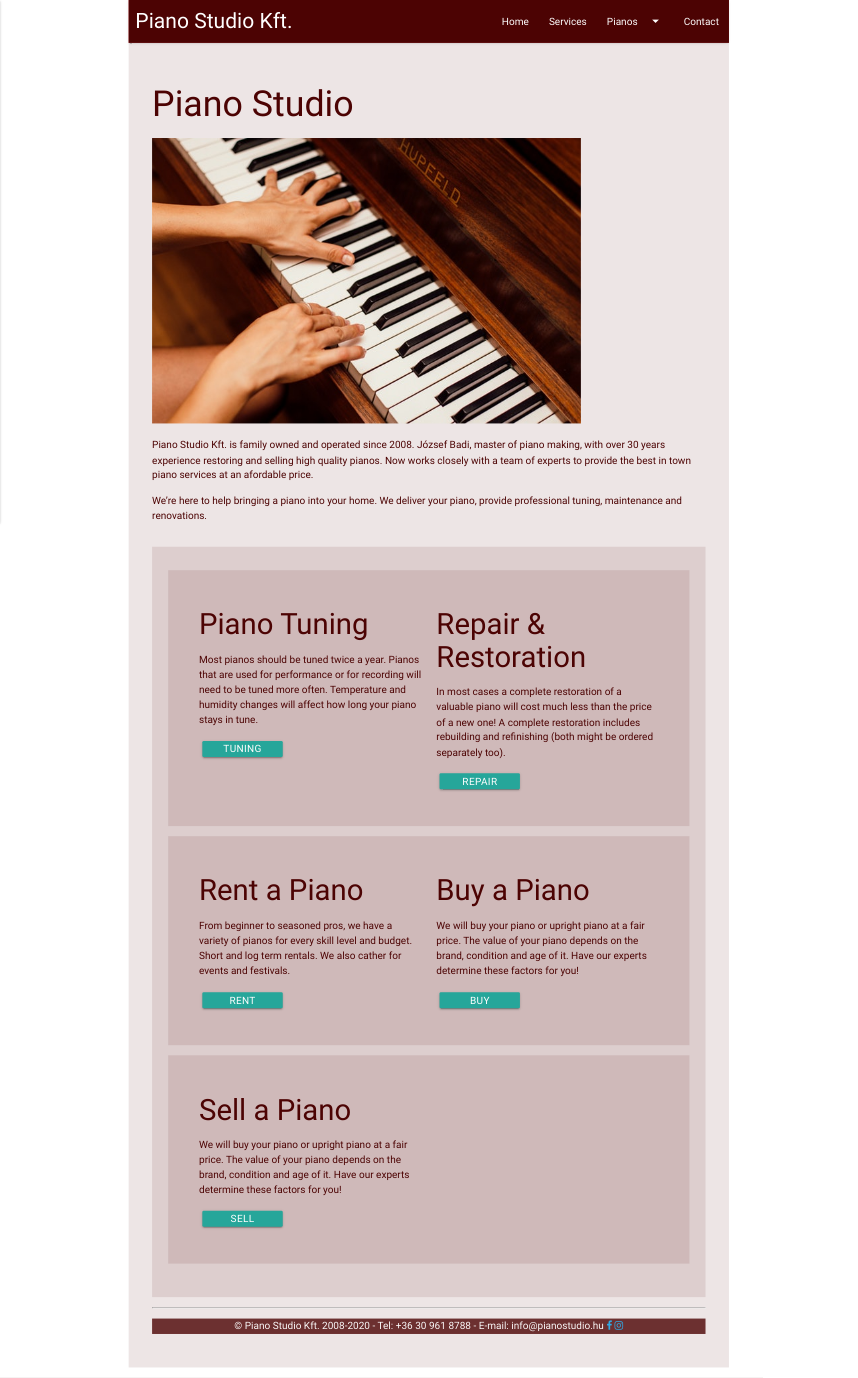
Repository: badiattila/pianostudioheroku
Page: http://localhost/
The author's editor kept a record of every edit. The page is drawn from the files as they stood at one moment, then again after the next edit.
The browser window is 1280 px wide. The pictures show the whole page, at 67% of full size.
Some web libraries are served in a nearby version. The page is served by the project's application, run on Flask 3 (app.py).

Above is the page before.

### templates/index.html
{% extends 'base.html' %} {% block content %}

<div class="op">
<div class="row">
    <div class="col s12">
        <div class="intro">
            <h2>Piano Studio</h2>
            <img src="{{url_for('static', filename='pictures/4k-wallpaper-close-up-fingers-1246437.jpg')}}" alt="Piano Studio" />
            <p>Piano Studio Kft. is family owned and operated since 2008. József Badi, master of piano making, with over 30 years experience restoring and selling high quality pianos. Now works closely with a team of experts to provide the best in town piano
                services at an afordable price.</p>
            <p>We’re here to help bringing a piano into your home. We deliver your piano, provide professional tuning, maintenance and renovations.</p>
        </div>
    </div>
</div>
<div class="op">
    <div class="row op">
        <div class="col s6">
            <h3>Piano Tuning</h3>
            <p>Most pianos should be tuned twice a year. Pianos that are used for performance or for recording will need to be tuned more often. Temperature and humidity changes will affect how long your piano stays in tune.</p>
            <p><a class="waves-effect waves-light btn btn_mid" href="{{url_for('services')}}" role="button">Tuning</a></p>
        </div>
        <div class="col s6">
            <h3>Repair & Restoration</h3>
            <p>In most cases a complete restoration of a valuable piano will cost much less than the price of a new one! A complete restoration includes rebuilding and refinishing (both might be ordered separately too).</p>
            <p><a class="waves-effect waves-light btn btn_mid" href="{{url_for('services')}}" role="button">Repair</a></p>
        </div>
    </div>
    <div class="row op">
        <div class="col s6">
            <h3>Rent a Piano</h3>
            <p>From beginner to seasoned pros, we have a variety of pianos for every skill level and budget. Short and log term rentals. We also cather for events and festivals. </p>
            <p><a class="waves-effect waves-light btn btn_mid" href="{{url_for('services')}}" role="button">Rent</a></p>
        </div>
        <div class="col s6">
            <h3>Buy a Piano</h3>
            <p>We will buy your piano or upright piano at a fair price. The value of your piano depends on the brand, condition and age of it. Have our experts determine these factors for you!</p>
            <p><a class="waves-effect waves-light btn btn_mid" href="{{url_for('pianos_for_sale')}}" role="button">Buy</a></p>
        </div>
    </div>
    <div class="row op">
        <div class="col s6">
            <h3>Sell a Piano</h3>
            <p>We will buy your piano or upright piano at a fair price. The value of your piano depends on the brand, condition and age of it. Have our experts determine these factors for you!</p>
            <p><a class="waves-effect waves-light btn btn_mid" href="{{url_for('createadd')}}" role="button">Sell</a></p>
        </div>
    </div>
</div>
<hr> {% endblock %}

### templates/base.html
<!DOCTYPE html>

<html lang="en">

<head>

    <!-- Meta tags -->
    <meta charset="utf-8">
    <!-- Font awsome -->
    <link rel="stylesheet" href="https://maxcdn.bootstrapcdn.com/font-awesome/4.7.0/css/font-awesome.min.css" type="text/css" />
    <!-- Hover -->
    <link rel="stylesheet" href="https://cdnjs.cloudflare.com/ajax/libs/hover.css/2.1.1/css/hover-min.css" type="text/css" />
    <!-- Material icons by Google -->
    <link href="https://fonts.googleapis.com/icon?family=Material+Icons" rel="stylesheet">
    <!-- Compiled and minified materialize CSS -->
    <link rel="stylesheet" href="https://cdnjs.cloudflare.com/ajax/libs/materialize/0.100.2/css/materialize.min.css">
    <!-- Specific Css for this website -->
    <link rel="stylesheet" href="{{url_for('static', filename='css/style.css')}}" type="text/css" />

    <title>Piano Studio Kft. - Services - </title>
    <link href="{{url_for('static', filename='pictures/favicon.ico')}}" rel="shortcut icon" type="image/x-icon" />
    <meta name="description" content="Piano rental, tuning and repair - Piano Studio Kft." />
    <meta name="keywords" content="Piano rental,piano tuning,piano repair,piano studio" />
    <meta name="copyright" content="Piano Studio Kft." />
    <meta name="author" content="Attila Badi/Piano Studio Kft." />
    <meta name="email" content="info@pianostudio.hu" /> {% block head %} {% endblock %}


</head>

<body>
    <div class="container">
        <header>
            <ul id="dropdown2" class="dropdown-content">
                <li><a href="{{url_for('pianos_for_sale')}}">Sale</a></li>
                <li><a href="{{url_for('createadd')}}">Create Add</a></li>
            </ul>
            <nav>
                <div class="nav-wrapper redbg">
                    <a href="{{url_for('index')}}" class="brand-logo">Piano Studio Kft.</a>
                    <a href="#" data-activates="mobile-demo" class="button-collapse"><i class="material-icons">menu</i></a>
                    <ul id="nav-mobile" class="right hide-on-med-and-down">
                        <li><a href="{{url_for('index')}}">Home</a></li>
                        <li><a href="{{url_for('services')}}">Services</a></li>
                        <!-- Dropdown Trigger -->
                        <li><a class="dropdown-trigger" href="#!" data-target="dropdown2">Pianos<i class="material-icons right">arrow_drop_down</i></a></li>

                        <li><a href="{{url_for('contact')}}">Contact</a></li>
                    </ul>
                    <ul class="side-nav" id="mobile-demo">
                        <li><a href="{{url_for('index')}}">Home</a></li>
                        <li><a href="{{url_for('services')}}">Services</a></li>
                        <li><a href="{{url_for('pianos_for_sale')}}">Sale</a></li>
                        <li><a href="{{url_for('createadd')}}">Create Add</a></li>
                        <li><a href="{{url_for('contact')}}">Contact</a></li>
                    </ul>
                </div>
            </nav>

        </header>
        {% block content %} {% endblock %}

        <footer class="footer redbg">
            <p>&copy; Piano Studio Kft. 2008-2020 - Tel: +36 30 961 8788 - E-mail: info@pianostudio.hu
                <a target="_blank" href="https://www.facebook.com/zongoraterem"><i class="fa fa-facebook" aria-hidden="true"></i></a>
                <a target="_blank" href="https://www.instagram.com/pianostudiokft"><i class="fa fa-instagram" aria-hidden="true"></i></a>
            </p>
        </footer>
    </div>

    <script src="https://code.jquery.com/jquery-3.4.1.min.js" integrity="sha256-CSXorXvZcTkaix6Yvo6HppcZGetbYMGWSFlBw8HfCJo=" crossorigin="anonymous"></script>
    <script src="https://cdnjs.cloudflare.com/ajax/libs/materialize/0.100.2/js/materialize.min.js"></script>

    <script>
        $(document).ready(function() {
            $('.modal').modal();
            $('.dropdown-trigger').dropdown();
            $('.collapsible').collapsible();
            $('select').material_select();
            $('.button-collapse').sideNav();
        });
    </script>

</body>

</html>

### app.py
import os
from flask import Flask, render_template, redirect, request, url_for
from flask_pymongo import PyMongo
from bson.objectid import ObjectId
from flask_mail import Mail, Message

app = Flask(__name__)

app.config["MONGO_DBNAME"] = 'piano_studio'
app.config["MONGO_URI"] = 'mongodb://attilabadi:K00nK00n1234@mycodeinstitutecluster-shard-00-00-wpsfr.mongodb.net:27017,mycodeinstitutecluster-shard-00-01-wpsfr.mongodb.net:27017,mycodeinstitutecluster-shard-00-02-wpsfr.mongodb.net:27017/piano_studio?ssl=true&replicaSet=MyCodeInstituteCluster-shard-0&authSource=admin&retryWrites=true&w=majority'
mongo = PyMongo(app)

app.config.update(
	DEBUG=True,
	#EMAIL SETTINGS
	MAIL_SERVER='mail.pianostudio.hu',
	MAIL_PORT=465,
	MAIL_USE_SSL=True,
	MAIL_USERNAME = 'contact@pianostudio.hu',
	MAIL_PASSWORD = os.environ.get('SMTPPW')
	)
mail = Mail(app)

@app.route('/')
@app.route('/index')
def index():
        return render_template("index.html")

@app.route('/contact')
def contact():
        return render_template("contact.html")

@app.route('/services')
def services():
        return render_template("services.html")

@app.route('/pianos_for_sale')
def pianos_for_sale():
        return render_template("pianos_for_sale.html", pianos=mongo.db.pianos_4_sale.find(), images=mongo.db.pianos_4_sale.find())

@app.route('/createadd')
def createadd():
        return render_template("create_add.html")

@app.route('/insert_add', methods=['POST'])
def insert_add():
        file_id = mongo.save_file(request.files['picture'].filename, request.files['picture'])
        mongo.db.pianos_4_sale.insert({
            'brand': request.form.get('brand') ,
            'description' : request.form.get('description') ,
            'age' : request.form.get('age') ,
            'price' : request.form.get('price') ,
            'file_name' : request.files['picture'].filename})
        return redirect(url_for('pianos_for_sale'))

@app.route('/file/<file_name>')
def file(file_name):
    return mongo.send_file(file_name)

@app.route('/delete_piano/<piano_id>')
def delete_piano(piano_id):
    mongo.db.pianos_4_sale.remove({'_id': ObjectId(piano_id)})
    return redirect(url_for('pianos_for_sale'))

@app.route('/edit_piano/<piano_id>')
def edit_piano(piano_id):
    return render_template('edit_piano.html', piano=mongo.db.pianos_4_sale.find_one({"_id": ObjectId(piano_id)}))


@app.route('/update_piano/<piano_id>', methods=['POST'])
def update_piano(piano_id):
    file_id = mongo.save_file(request.files['picture'].filename, request.files['picture'])
    mongo.db.pianos_4_sale.update( {'_id': ObjectId(piano_id)},
    {
            'brand': request.form.get('brand') ,
            'description' : request.form.get('description') ,
            'age' : request.form.get('age') ,
            'price' : request.form.get('price') ,
            'file_name' : request.files['picture'].filename
    })
    return redirect(url_for('pianos_for_sale'))

@app.route('/send_mail/', methods=['POST'])
def send_mail():
	try:
		msg = Message("Contact form mail from pianostudio",
		  sender=request.form.get('user_email'),
		  recipients=["attila.badi@gmail.com"])
		msg.body = request.form.get('message')
		mail.send(msg)
		return 'Mail sent!'
	except:
		return "Something went wrong"

if __name__ == '__main__':
    app.run(host=os.environ.get('IP'),
        port=int(os.environ.get('PORT')),
        debug=True)

### static/css/style.css
.left {
  float: left;
}

.right {
  float: right;
}

/* Picture formatting for gallery and teaser pictures */

.right-teaser {
  padding: 1px;
  border: 1px solid #4c0303;
  float: right;
  margin: 0 0 1em 1em;
  width: 12vw;
}

.galery-pic {
  padding: 1px;
  border: 1px solid #4c0303;
  margin: 0 0 1em 1em;
  width: 12vw;
}

.btn_small {
  height: 24px;
  width: 60px;
  line-height: 24px;
  margin: 5px 5px;
  padding: 0 0.5em;
}

.btn_mid {
  height: 24px;
  width: 120px;
  line-height: 24px;
  margin: 5px 5px;
  padding: 0 0.5em;
}

.footer {
  color: white;
  opacity: 0.8;
  filter: alpha(opacity=80);
  text-align: center;
}

.redbg {
  background-color: #4c0303;
}

.nav-wrapper {
  padding-left: 10px;
}

/* Opacity classes for different elements */

.op {
  background: rgba(76, 3, 3, 0.1);
  /*background with 30% opacity */
  color: rgba(76, 3, 3);
  padding: 35px;
  margin-bottom: 15px;
}

.dropdown-content {
  width: max-content !important;
  height: auto !important;
}

/* ID based background behaviour */
#intro {
    background-attachment: scroll;
    background-image: url('../pictures/4k-wallpaper-close-up-fingers-1246437.jpg');
    background-position: center;
    background-size: cover;
    width: 100vw;
    background-repeat: no-repeat;
    position: relative;
}

After the next edit:
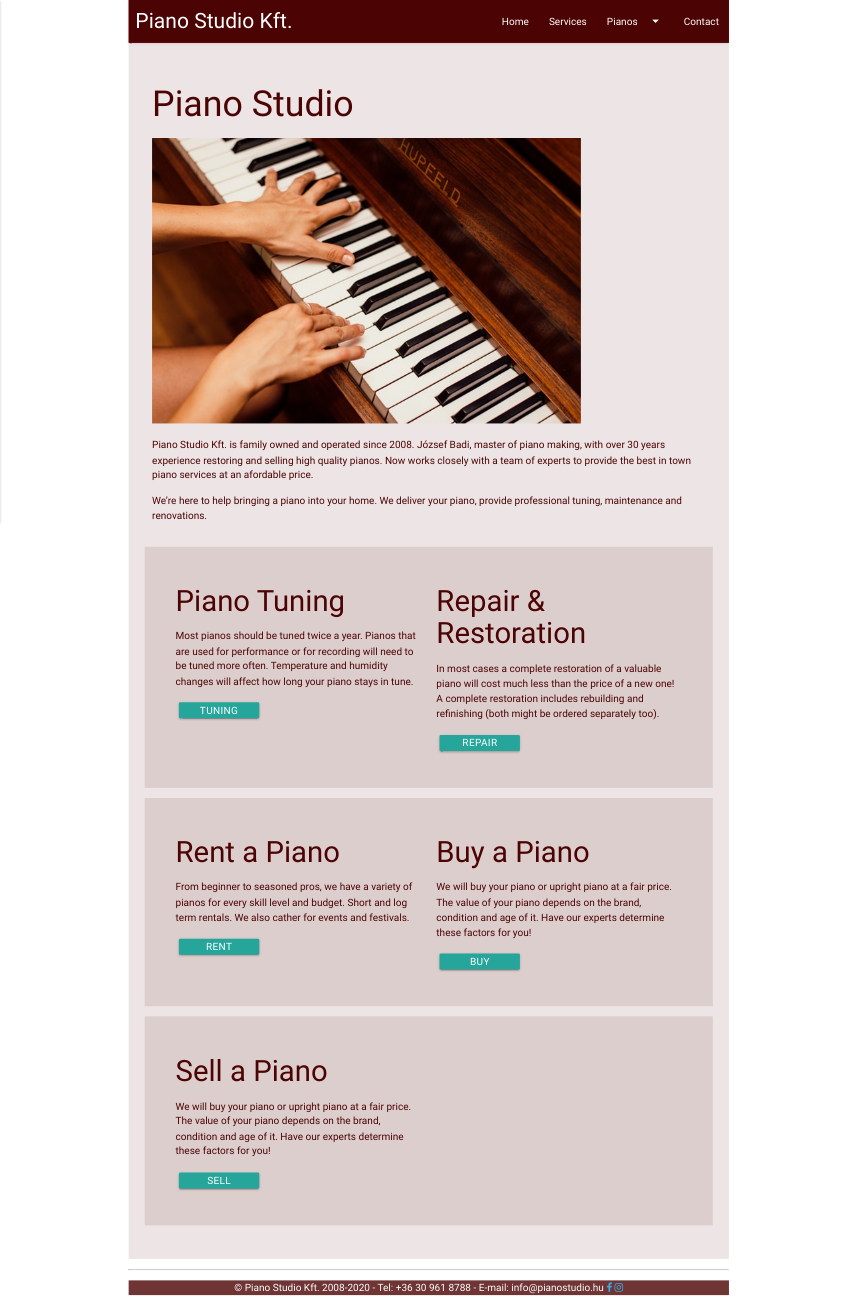
The edit:
--- a/templates/index.html
+++ b/templates/index.html
@@ -1,18 +1,17 @@
 {% extends 'base.html' %} {% block content %}
 
 <div class="op">
-<div class="row">
-    <div class="col s12">
-        <div class="intro">
-            <h2>Piano Studio</h2>
-            <img src="{{url_for('static', filename='pictures/4k-wallpaper-close-up-fingers-1246437.jpg')}}" alt="Piano Studio" />
-            <p>Piano Studio Kft. is family owned and operated since 2008. József Badi, master of piano making, with over 30 years experience restoring and selling high quality pianos. Now works closely with a team of experts to provide the best in town piano
-                services at an afordable price.</p>
-            <p>We’re here to help bringing a piano into your home. We deliver your piano, provide professional tuning, maintenance and renovations.</p>
+    <div class="row">
+        <div class="col s12">
+            <div class="intro">
+                <h2>Piano Studio</h2>
+                <img src="{{url_for('static', filename='pictures/4k-wallpaper-close-up-fingers-1246437.jpg')}}" alt="Piano Studio" />
+                <p>Piano Studio Kft. is family owned and operated since 2008. József Badi, master of piano making, with over 30 years experience restoring and selling high quality pianos. Now works closely with a team of experts to provide the best in town
+                    piano services at an afordable price.</p>
+                <p>We’re here to help bringing a piano into your home. We deliver your piano, provide professional tuning, maintenance and renovations.</p>
+            </div>
         </div>
     </div>
-</div>
-<div class="op">
     <div class="row op">
         <div class="col s6">
             <h3>Piano Tuning</h3>
